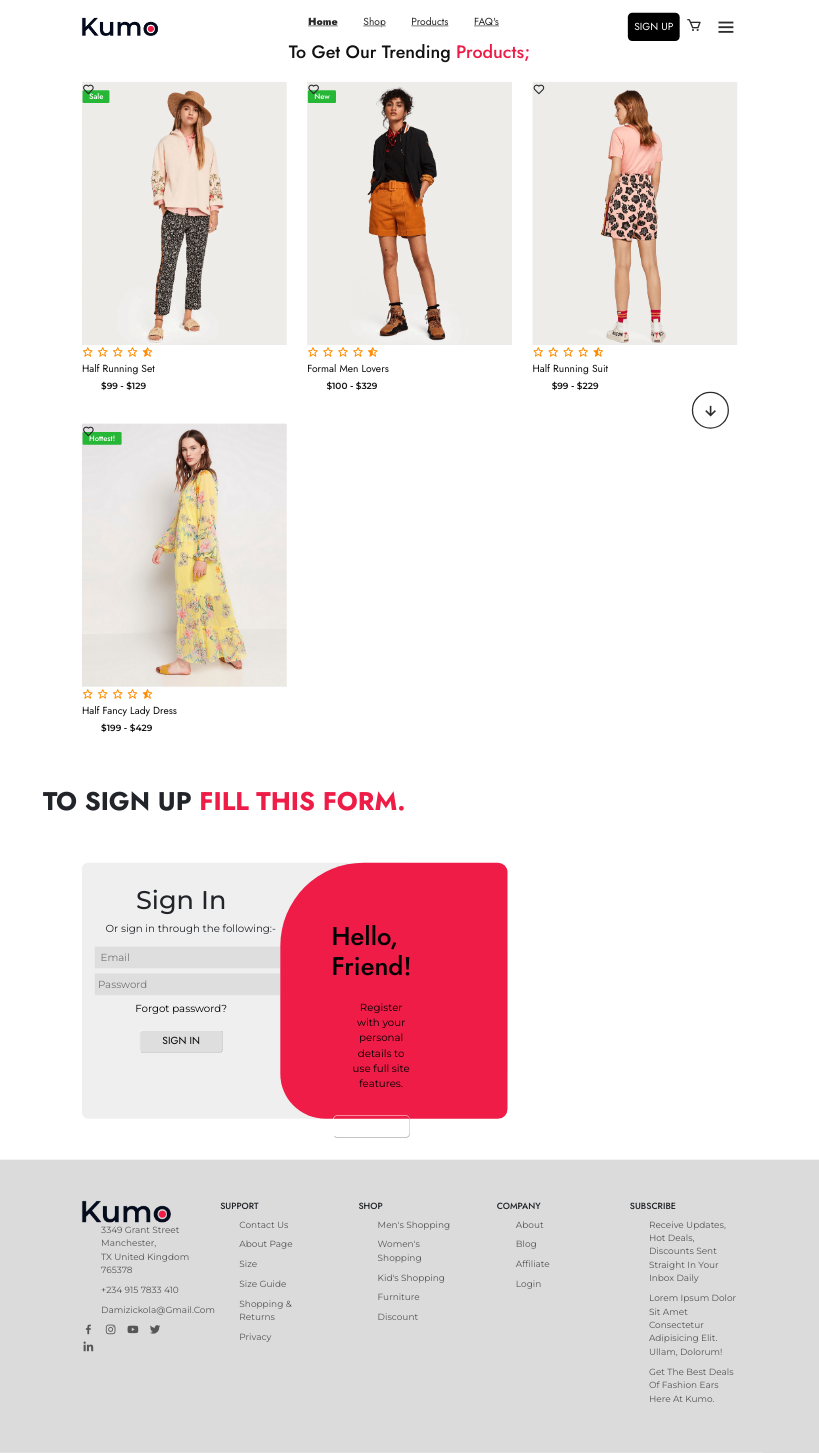
Repository: isaacCodes1/Kumo-Website.
Page: form.html
The author's editor kept a copy of each file at every save. The page is drawn from the files as they stood at one save, then again after a run of saves.
The browser window is 1280 px wide. The pictures show the whole page, at 64% of full size.
The pointer rests on the first visible `.sign`.

Above is the page before, as saved 2024-03-26 11:33:54.

### form.html
<!DOCTYPE html>
<html lang="en">
  <head>
    <meta charset="UTF-8" />
    <meta name="viewport" content="width=device-width, initial-scale=1.0" />
    <link rel="stylesheet" href="style.css" />
    <link rel="stylesheet" href="Mediaquery.css" />
    <link rel="preconnect" href="https://fonts.googleapis.com" />
    <link rel="preconnect" href="https://fonts.gstatic.com" crossorigin />
    <link
      href="https://fonts.googleapis.com/css2?family=Bricolage+Grotesque:opsz,wght@12..96,200..800&family=Jost:ital,wght@0,100..900;1,100..900&family=Montserrat:ital,wght@0,100..900;1,100..900&family=Poppins:ital,wght@0,100;0,200;0,300;0,400;0,500;0,600;0,700;0,800;0,900;1,100;1,200;1,300;1,400;1,500;1,600;1,700;1,800;1,900&display=swap"
      rel="stylesheet"
    />
    <link
      rel="stylesheet"
      href="https://cdnjs.cloudflare.com/ajax/libs/font-awesome/6.5.1/css/all.min.css"
      integrity="sha512-DTOQO9RWCH3ppGqcWaEA1BIZOC6xxalwEsw9c2QQeAIftl+Vegovlnee1c9QX4TctnWMn13TZye+giMm8e2LwA=="
      crossorigin="anonymous"
      referrerpolicy="no-referrer"
    />
    <link
      rel="stylesheet"
      href="https://unpkg.com/boxicons@latest/css/boxicons.min.css"
    />
    <link
      href="https://cdn.jsdelivr.net/npm/bootstrap@5.2.3/dist/css/bootstrap.min.css"
      rel="stylesheet"
      integrity="sha384-rbsA2VBKQhggwzxH7pPCaAqO46MgnOM80zW1RWuH61DGLwZJEdK2Kadq2F9CUG65"
      crossorigin="anonymous"
    />
    <script
      src="https://cdn.jsdelivr.net/npm/bootstrap@5.2.3/dist/js/bootstrap.bundle.min.js"
      integrity="sha384-kenU1KFdBIe4zVF0s0G1M5b4hcpxyD9F7jL+jjXkk+Q2h455rYXK/7HAuoJl+0I4"
      crossorigin="anonymous"
    ></script>
    <title>Document</title>
  </head>
  <body>
    <header>
      <a href="index.html" class="logo"><img src="Assets/logo.png" alt="" /></a>
      <ul class="navmenu">
        <li><a style="font-weight: 900" href="index.html">Home</a></li>
        <li><a href="shop.html">Shop</a></li>
        <li><a href="products.html">Products</a></li>
        <li><a href="Questions.html">FAQ's</a></li>
      </ul>
      <div class="nav-icon">
        <a href="form.html" class="yes">SIGN UP</a>
        <a href="#"><i class="bx bx-cart"></i></a>
        <div class="bx bx-menu" id="menu-icon"></div>
      </div>
    </header>
    <!-- <trending-products-section-->
    <section class="trending-product" id="trending">
      <div class="center-text">
        <h2>To Get Our Trending <span>Products;</span></h2>
      </div>
      <div class="products">
        <div class="row">
          <img src="/Assets/1.jpg" alt="" />
          <div class="product-text">
            <h5>Sale</h5>
          </div>
          <div class="heart-icon">
            <i class="bx bx-heart"></i>
          </div>
          <div class="ratting">
            <i class="bx bx-star"></i>
            <i class="bx bx-star"></i>
            <i class="bx bx-star"></i>
            <i class="bx bx-star"></i>
            <i class="bx bxs-star-half"></i>
          </div>
          <div class="price">
            <h4>Half Running Set</h4>
            <p>$99 - $129</p>
          </div>
        </div>

        <div class="row">
          <img src="/Assets/2.jpg" alt="" />
          <div class="product-text">
            <h5>New</h5>
          </div>
          <div class="heart-icon">
            <i class="bx bx-heart"></i>
          </div>
          <div class="ratting">
            <i class="bx bx-star"></i>
            <i class="bx bx-star"></i>
            <i class="bx bx-star"></i>
            <i class="bx bx-star"></i>
            <i class="bx bxs-star-half"></i>
          </div>
          <div class="price">
            <h4>Formal Men Lovers</h4>
            <p>$100 - $329</p>
          </div>
        </div>
        <div class="row">
          <img src="/Assets/3.jpg" alt="" />
          <div class="heart-icon">
            <i class="bx bx-heart"></i>
          </div>
          <div class="ratting">
            <i class="bx bx-star"></i>
            <i class="bx bx-star"></i>
            <i class="bx bx-star"></i>
            <i class="bx bx-star"></i>
            <i class="bx bxs-star-half"></i>
          </div>
          <div class="price">
            <h4>Half Running Suit</h4>
            <p>$99 - $229</p>
          </div>
        </div>
        <div class="row">
          <img src="/Assets/4.jpg" alt="" />
          <div class="product-text">
            <h5>Hottest!</h5>
          </div>
          <div class="heart-icon">
            <i class="bx bx-heart"></i>
          </div>
          <div class="ratting">
            <i class="bx bx-star"></i>
            <i class="bx bx-star"></i>
            <i class="bx bx-star"></i>
            <i class="bx bx-star"></i>
            <i class="bx bxs-star-half"></i>
          </div>
          <div class="price">
            <h4>Half Fancy Lady Dress</h4>
            <p>$199 - $429</p>
          </div>
        </div>
      </div>
      <div class="down-arrow">
        <a href="#contact-info" class="down"
          ><i class="bx bx-down-arrow-alt"></i
        ></a>
      </div>
    </section>
    <h1 class="final">TO SIGN UP <span> FILL THIS FORM.</span></h1>
    <section class="section1">
      <div class="formContainer">
        <form class="form">
          <h1 class="pro3">Sign In</h1>
          <p>Or sign in through the following:-</p>
          <div>
            <input class="proi" type="email" placeholder=" Email" />
          </div>
          <div>
            <input class="proh" type="password" placeholder="Password" />
          </div>
          <a class="forget" href="#">Forgot password?</a>
          <button class="sign">SIGN IN</button>
        </form>
        <div class="contentText">
          <h1 class="hello">Hello, Friend!</h1>
          <p>
            Register with your personal details to use full site features.
          </p>
          <button class="pro2">SIGN UP</button>
        </div>
      </div>
    </section>

    <!-- contact-section -->

    <section class="contact">
      <div class="contact-info" id="contact-info">
        <div class="first-info">
          <img src="/Assets/logo.png" alt="" />
          <p>3349 Grant street Manchester, <br />TX United kingdom 765378</p>
          <p>+234 915 7833 410</p>
          <a href="https://mail.google.com/mail/u/0/#inbox"
            ><p>damizickola@gmail.com</p></a
          >

          <div class="social-icon">
            <a href="https://www.facebook.com/profile.php?id=61551880766580"
              ><i class="bx bxl-facebook"></i
            ></a>
            <a href="https://instagram.com"><i class="bx bxl-instagram"></i></a>
            <a href="https://www.youtube.com/watch?v=FaNTVjATYHQ"
              ><i class="bx bxl-youtube"></i
            ></a>
            <a href="#"><i class="bx bxl-twitter"></i></a>
            <a href="#"><i class="bx bxl-linkedin"></i></a>
          </div>
        </div>
        <div class="second-info">
          <h4>Support</h4>
          <p>Contact Us</p>
          <p>About Page</p>
          <p>Size</p>
          <p>Size Guide</p>
          <p>Shopping & Returns</p>
          <p>Privacy</p>
        </div>

        <div class="third-info">
          <h4>Shop</h4>
          <p>Men's Shopping</p>
          <p>Women's Shopping</p>
          <p>Kid's Shopping</p>
          <p>Furniture</p>
          <p>Discount</p>
        </div>
        <div class="fourth-info">
          <h4>Company</h4>
          <p>About</p>
          <p>Blog</p>
          <p>Affiliate</p>
          <p>Login</p>
        </div>

        <div class="five">
          <h4>Subscribe</h4>
          <p>
            Receive Updates, Hot Deals, Discounts Sent Straight In your Inbox
            Daily
          </p>
          <p>
            Lorem ipsum dolor sit amet consectetur adipisicing elit. Ullam,
            dolorum!
          </p>
          <p>Get The Best Deals Of Fashion ears Here At Kumo.</p>
        </div>
      </div>
    </section>
  </body>
  <script
    src="https://cdn.jsdelivr.net/npm/@popperjs/core@2.11.6/dist/umd/popper.min.js"
    integrity="sha384-oBqDVmMz9ATKxIep9tiCxS/Z9fNfEXiDAYTujMAeBAsjFuCZSmKbSSUnQlmh/jp3"
    crossorigin="anonymous"
  ></script>
  <script
    src="https://cdn.jsdelivr.net/npm/bootstrap@5.2.3/dist/js/bootstrap.min.js"
    integrity="sha384-cuYeSxntonz0PPNlHhBs68uyIAVpIIOZZ5JqeqvYYIcEL727kskC66kF92t6Xl2V"
    crossorigin="anonymous"
  ></script>
  <script src="java.js"></script>
</html>

### style.css
* {
  margin: 0;
  padding: 0;
  box-sizing: border-box;
  scroll-behavior: smooth;
  font-family: "Jost", sans-serif;
  list-style-type: none;
  text-decoration: none;
}
header {
  position: fixed;
  width: 100%;
  top: 0;
  right: 0;
  z-index: 1000;
  display: flex;
  align-items: center;
  justify-content: space-between;
  padding: 20px 10%;
}
.logo img {
  max-width: 120px;
  height: auto;
}
.navmenu {
  display: flex;
}
.navmenu li :hover {
  background: #000;
}
.navmenu a {
  color: #2c2c2c;
  font-size: 16px;
  text-transform: capitalize;
  padding: 10px 20px;
  font-weight: 400;
  transition: all 0.42s ease;
}
.navmenu a:hover {
  color: #ee1c47;
}
.nav-icon {
  display: flex;
  align-items: center;
}
.nav-icon i {
  margin-right: 20px;
  color: #2c2c2c;
  font-size: 25px;
  font-weight: 400;
  transition: all 0.42s ease;
}
.nav-icon i:hover {
  transform: scale(1.05);
  color: #ee1c47;
}
#menu-icon {
  font-size: 35px;
  color: #2c2c2c;
  z-index: 10001;
  cursor: pointer;
}
section {
  padding: 5% 10%;
}
.main-home {
  width: 100%;
  height: 100vh;
  background-image: url(Assets/banner-3.png);
  background-position: center;
  background-size: cover;
  display: grid;
  grid-template-columns: repeat(1, 1fr);
  align-items: center;
}
.main-text h5 {
  color: #ee1c47;
  font-size: 16px;

  text-transform: capitalize;
  font-weight: 500;
}
.main-text h1 {
  color: #000;
  font-size: 65px;
  text-transform: capitalize;
  line-height: 1.1;
  font-weight: 600;
  margin: 6px 0 10px;
}
.main-text p {
  color: #333c56;
  font-size: 20px;
  font-style: italic;
  margin-bottom: 20px;
}
.main-btn {
  display: inline-block;
  color: #111;
  font-size: 16px;
  font-weight: 500;
  text-transform: capitalize;
  border: 2px solid#111;
  padding: 12px 25px;
  transition: all 0.42s ease;
}
.main-btn:hover {
  background: #000;
  color: #fff;
}
.main-btn i {
  vertical-align: middle;
}
.down-arrow {
  position: absolute;
  top: 85%;
  right: 11%;
}
.down i {
  font-size: 30px;
  color: #2c2c2c;
  border: 2px solid #2c2c2c;
  border-radius: 50px;
  padding: 12px 12px;
}
.down i:hover {
  background: #2c2c2c;
  color: #fff;
  transition: all 0.42s ease;
}
header.sticky {
  background: #fff;
  padding: 20px 10%;
  box-shadow: 0px 0px 10px rgb(0 0 0 /10%);
}
/* trending-section-css */
.center-text h2 {
  color: #111;
  font-size: 28px;
  text-transform: capitalize;
  text-align: center;
  margin-bottom: 30px;
}
.center-text span {
  color: #ee1c47;
}
.products {
  display: grid;
  grid-template-columns: repeat(auto-fit, minmax(260px, auto));
  gap: 2rem;
}
.row {
  position: relative;
  transition: all 0.4s;
}
.row img {
  width: 100%;
  height: auto;
  transition: all 0.4s;
}
.row img:hover {
  transform: scale(0.9);
}
.product-text h5 {
  position: absolute;
  top: 13px;
  left: 13px;
  color: #fff;
  font-size: 12px;
  font-weight: 500;
  text-transform: capitalize;
  background: #27b737;
  padding: 3px 10px;
  border-radius: 2px;
}
.heart-icon {
  position: absolute;
  right: 0;
  font-size: 20px;
}
.heart-icon:hover {
  color: #ee1c47;
}
.ratting {
  color: #ff8c00;
  font-size: 18px;
}

.price h4 {
  color: #111;
  font-size: 16px;
  text-transform: capitalize;
  font-weight: 400;
}
.price p {
  color: #151515;
  font-size: 14px;
  font-weight: 600;
}
.client-reviews {
  background: #f3f4f6;
}
.reviews {
  text-align: center;
}
.reviews h3 {
  color: #111;
  font-size: 25px;
  text-transform: capitalize;
  text-align: center;
  font-weight: 700;
}
.reviews img {
  width: 100px;
  height: auto;
  border-radius: 80px;
  margin: 10px 0;
}
.reviews p {
  color: #707070;
  font-size: 16px;
  font-weight: 400;
  line-height: 25px;
  margin-bottom: 10px;
}
.reviews h2 {
  font-size: 22px;
  color: #000;
  font-weight: 400;
  text-transform: capitalize;
  margin-bottom: 2px;
}
/* update-section-css */
.up-center-text h2 {
  text-align: center;
  color: #111;
  font-size: 25px;
  text-transform: capitalize;
  font-weight: 700;
  margin-bottom: 30px;
}
.cart img {
  width: 350px;
  height: auto;
  border-radius: 5px;
}
.update-cart {
  display: grid;
  grid-template-columns: repeat(auto-fit, minmax(380px, auto));
  gap: 1px;
}
.cart h5 {
  color: #636872;
  font-size: 14px;
  text-transform: capitalize;
  font-weight: 500;
}
.cart h4 {
  color: #111;
  font-size: 18px;
  font-weight: 600;
}
.cart p {
  color: #707070;
  font-size: 15px;
  max-width: 380px;
  line-height: 25px;
  margin-bottom: 12px;
}
.cart h6 {
  color: #151515;
  font-size: 14px;
  font-weight: 500;
}
/* contact-section */
.contact {
  background: #dbdbdb;
}
.contact-info {
  display: grid;
  grid-template-columns: repeat(auto-fit, minmax(160px, auto));
  gap: 3rem;
}
.first-info img {
  width: 140px;
  height: auto;
}
.contact-info h4 {
  color: #212529;
  font-size: 14px;
  text-transform: uppercase;
  margin-bottom: 10px;
}
.contact-info p {
  color: #565656;
  font-size: 14px;
  font-weight: 400;
  text-transform: capitalize;
  line-height: 1.5;
  margin-bottom: 10px;
  cursor: pointer;
  transition: all 0.42s;
}
.contact-info p:hover {
  color: #ee1c47;
}
.social-icon i {
  color: #565656;
  margin-right: 10px;
  font-size: 20px;
  transition: all 0.42s;
}
.social-icon i:hover {
  transform: scale(1.3);
}
.end-text {
  text-align: center;
  background: #edfff1;
  padding: 20px;
}
.end-text p {
  color: #111;
  text-transform: capitalize;
}

.location {
  width: 80%;
  margin: auto;
  padding: 80px 0;
}
.location iframe {
  width: 100%;
}
.center-text1 h2 {
  font-size: 30px;
}
.center-text1 span {
  color: #ee1c47;
}
.button3 {
  padding: 9px;
  border: 1px solid blue;
  font-size: 18px;
  border-radius: 5px;
  text-decoration: none;
  background: blue;
  color: #fff;
  transition: all 0.42s ease;
}
.button3:hover {
  color: #000;
  background: #fff;
}
.final {
  margin-left: 67px;
  font-weight: 700;
}
.final span {
  color: #ee1c47;
}
.up-arrow {
  border: 2px solid#000;
  width: 60px;
  border-radius: 50px;
  text-align: center;
  font-size: 30px;
}
.up-arrow i {
  color: #000;
}
.up-arrow :hover {
  background: #000;
  color: #fff;
}

.alert {
  background: blue;
  color: #fff;
  margin-top: 200px;
  font-size: 20px;
  margin-bottom: 150px;
}
.first-info a {
  text-decoration: none;
}
.up-center-text span {
  color: #ee1c47;
}
html,
body {
  position: relative;
  height: 100%;
}
body {
  background: #eee;
  font-family: Helvetica Neue, Helvetica, Arial, sans-serif;
  font-size: 14px;
  color: #000;
  margin: 0;
  padding: 0;
}

swiper-container {
  width: 100%;
  height: 100%;
}

swiper-slide {
  text-align: center;
  font-size: 18px;
  background: #000;
  display: flex;
  justify-content: center;
  align-items: center;
}

swiper-slide img {
  display: block;
  width: 100%;
  height: 100%;
  object-fit: cover;
}
.reviews {
  font-size: 25px;
  font-weight: 900;
}
.reviews span {
  color: #ee1c47;
}
.accordion {
  margin-top: 40px;
  margin-bottom: 10px;
}
.male {
  padding-top: 200px;
}
.male span {
  color: #ee1c47;
}
.yes {
  margin-right: 10px;
  padding: 10px;
  background: #000;
  color: #fff;
  border: 1px;
  transition: 1s ease-in-out;
  border-radius: 7px;
  text-decoration: none;
}
.yes:hover {
  color: #000;
  background: #dbdbdb;
}
.formContainer {
  display: flex;
  width: 50%;
  border: 0px solid;
  border-radius: 10px;
  background-color: rgba(232, 231, 231, 0.644);
  height: 400px;
  padding-right: 200px;
}
.form {
  display: flex;
  flex-direction: column;
  align-items: center;
  flex: 0.5;
}
.contentText {
  display: flex;
  flex-direction: column;
  align-items: center;
  flex: 1;
  gap: 20px;
  background-color: #ee1c47;
  color: #000;
  border-radius: 130px 15px 15px 70px;
  font-family: montserrat;
  padding-left: 80px;
  padding-right: 150px;
  padding-top: 90px;
}
.pro1 {
  margin-right: 32px;
  font-family: montserrat;
}
p {
  font-family: montserrat;
  margin-bottom: 15px;
  margin-left: 30px;

  display: flex;
  flex-direction: column;
}
.proi {
  padding: 5px;
  background-color: #dedede;
  color: black;
  border: 1px;
  font-family: montserrat;
  margin-bottom: 8px;
  width: 290px;
  margin-left: 20px;
}
.proh {
  padding: 5px;
  background-color: #dedede;
  color: black;
  border: 1px;
  font-family: montserrat;
  width: 290px;
  margin-left: 20px;
  margin-bottom: 10px;
}
.pro7 {
  font-family: montserrat;
}
.pro2 {
  background: transparent;
  border-width: 1.5px;
  border-radius: 8px;
  border-color: white;
  color: #fff;
  padding: 5px 25px 5px 25px;
  transition: 1s ease-in-out;
}
.pro2:hover {
  transition: 0.15s;
  background-color: #000;
  color: #fff;
  cursor: pointer;
}

.pro3 {
  font-family: montserrat;
  padding-top: 35px;
}
.forget {
  text-decoration: none;
  color: black;
  font-family: montserrat;
  margin-bottom: 5px;
}
.sign {
  background-color: #ee1c47;
  border-width: 1px;
  border-radius: 5px;
  border-color: white;
  color: white;
  padding: 5px 35px 5px 35px;
  margin-top: 15px;
  transition: 0.19s;
  cursor: pointer;
}
.sign:hover {
  color: #000;
  background-color: #dedede;
}
.contentText .hello {
  font-size: 40px;
  display: flex;
  align-items: center;
  justify-content: center;
  flex-direction: column;
}
.contentText p {
  text-align: center;
}

### Mediaquery.css
@media (890px) {
  header {
    padding: 20px 3%;
    transition: 0.4s;
  }
  .center-text h2 {
    font-size: 12px;
  }
}
@media (max-width: 630px) {
  .main-text h1 {
    font-size: 50px;
    transition: 0.4s;
  }
  .main-text p {
    font-size: 18px;
    transition: 0.4s;
  }
  .main-btn {
    padding: 10px 20px;
    transition: 0.4s;
  }
  .center-text h2 {
    font-size: 12px;
  }
}
@media (max-width: 750px) {
  .navmenu {
    position: absolute;
    top: 100%;
    right: -100%;
    width: 300px;
    height: 130vh;
    background: #edfff1;
    display: flex;
    flex-direction: column;
    align-items: center;
    padding: 120px 30px;
    transition: all 0.42s;
  }
  .navmenu a {
    display: block;
    margin: 18px 0;
  }
  .navmenu.open {
    right: 0;
  }
  .center-text h2 {
    font-size: 12px;
  }
}
@media (max-width: 700px) {
  .center-text h2 {
    font-size: 0;
  }
  .header {
    margin-bottom: 20px;
    color: #000;
  }
  .cart {
    align-items: center;
    display: flex;
    flex-direction: column;
  }
  .cart img {
    width: 270px;
    margin-right: 80px;
  }
  .cart p {
    font-size: 10px;
    margin-right: 80px;
  }
  .cart h4 {
    font-size: 12px;
    margin-right: 80px;
  }
  .cart h6 {
    font-size: 10px;
    margin-right: 80px;
  }
  .contact-info {
    display: flex;
    flex-direction: column;
    align-items: center;
  }
  .center-text1 h2 {
    font-size: 25px;
  }
  .navmenu {
    padding-bottom: 30px;
  }
}

### java.js
const header = document.querySelector("header");

window.addEventListener("scroll", function () {
  header.classList.toggle("sticky", window.scrollY > 0);
});

let menu = document.querySelector("#menu-icon");
let navmenu = document.querySelector(".navmenu");

menu.onclick = () => {
  menu.classList.toggle("bx-x");
  navmenu.classList.toggle("open");
};

After the next 2 saves:
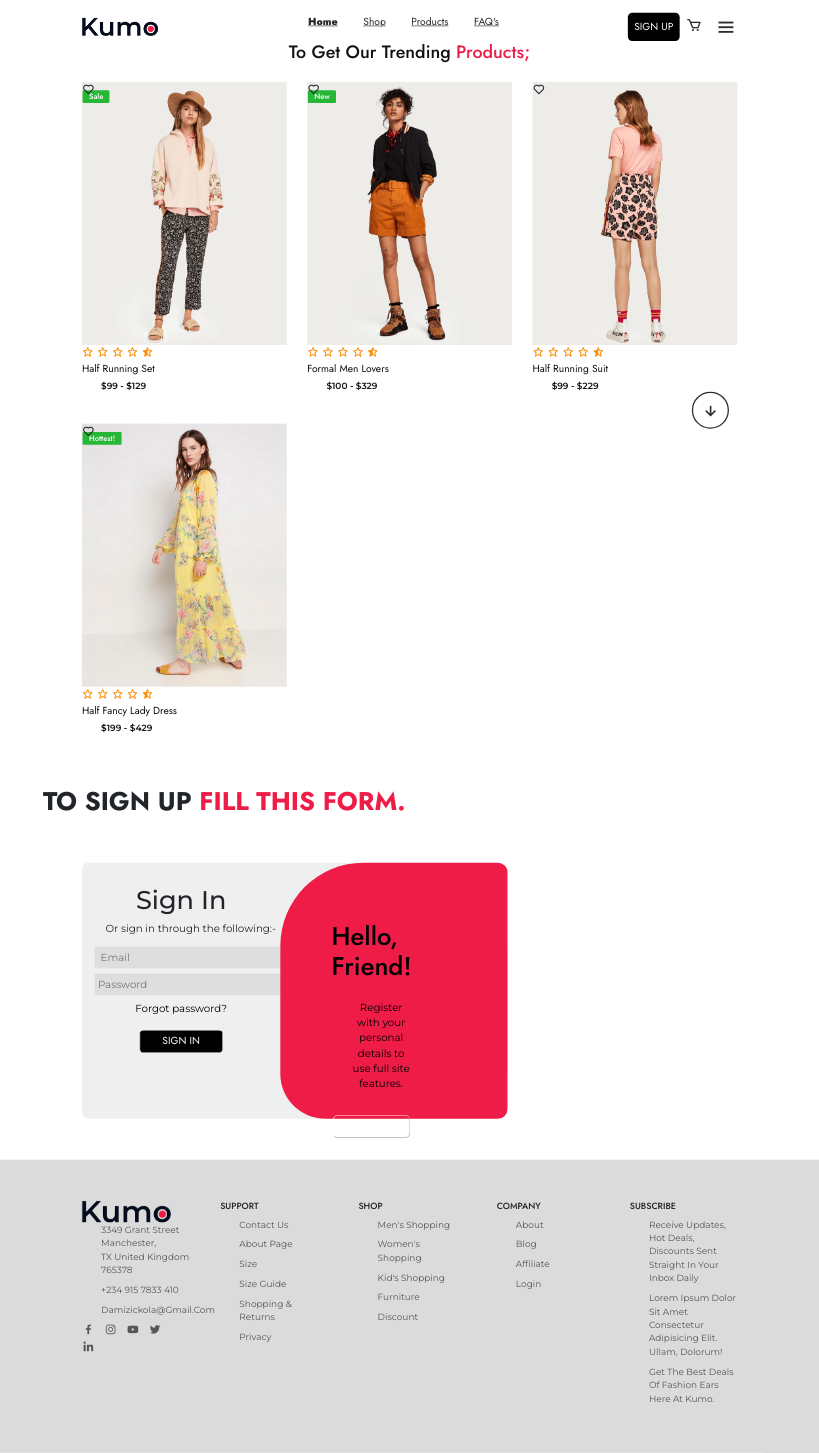
The 2 saves are shown as one change because they came seconds apart.
The last was saved 18 s later.
--- a/style.css
+++ b/style.css
@@ -553,8 +553,8 @@ p {
   cursor: pointer;
 }
 .sign:hover {
-  color: #000;
-  background-color: #dedede;
+  color: #fff;
+  background-color: #000;
 }
 .contentText .hello {
   font-size: 40px;
